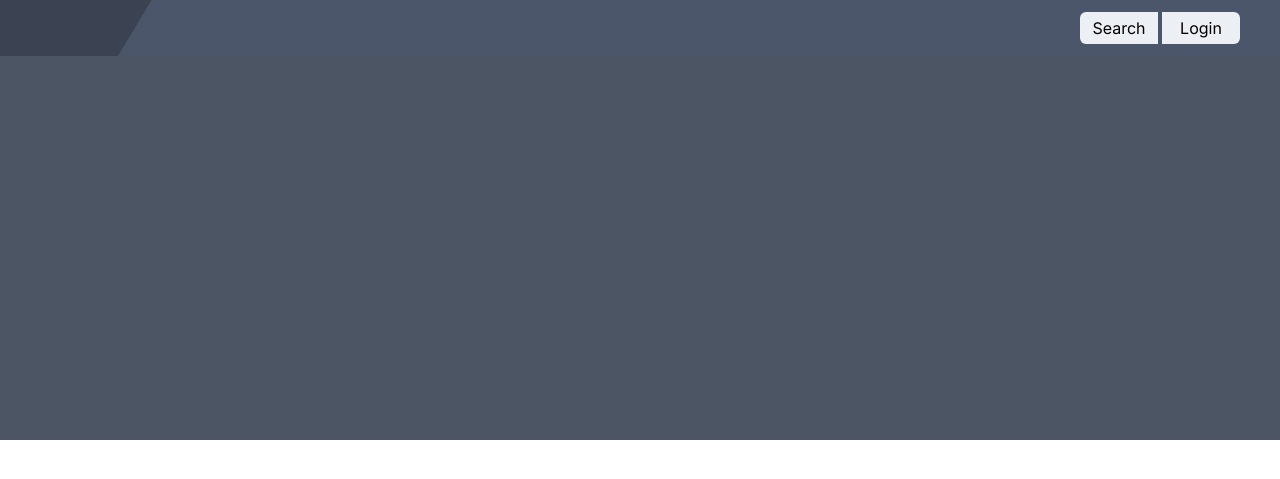
Repository: Qu4ntumGuy/project-bug
Page: /
The author's editor kept a copy of each file at every save. The page is drawn from the files as they stood at one save, then again after the next save.
The browser window is 1280 px wide. The pictures show the whole page.
The project was rebuilt for these pictures with package versions that can differ from the ones it lists, and the page was loaded fresh each time. The framework's server and built-in components were replaced by stand-ins that run in the browser. Also part of the build but not shown: next.config.mjs.

Above is the page before, as saved 2024-02-11 22:52:18.

After the next save:
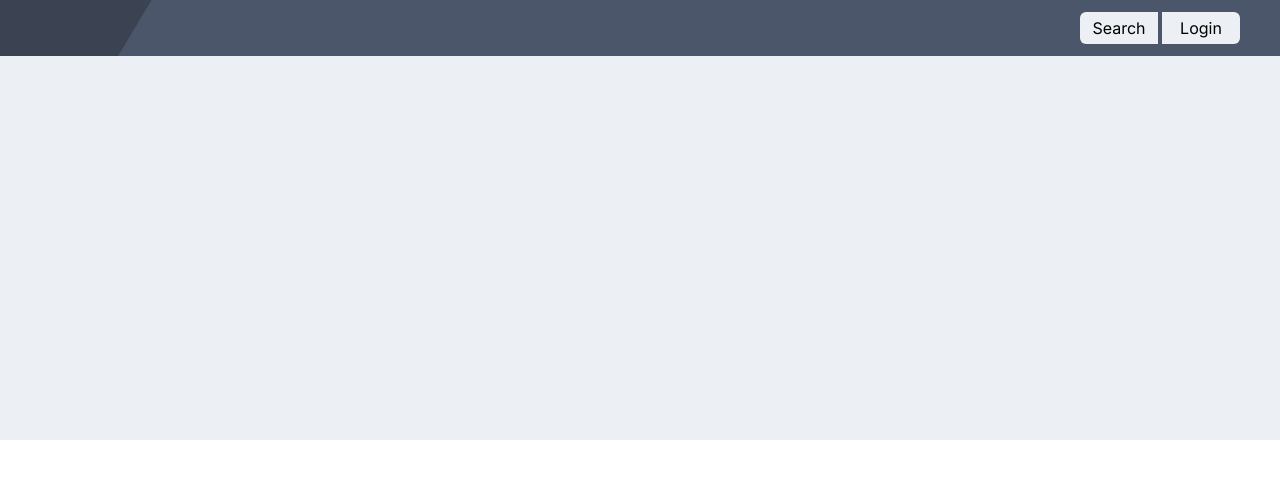
Saved 10 s later.
--- a/src/app/page.js
+++ b/src/app/page.js
@@ -8,7 +8,7 @@ export default function Home() {
   return (
     <div className=" h-screen">
       <Navbar />
-      <div className="flex justify-between bg-gray-600 h-96">
+      <div className="flex justify-between bg-[#ECEFF4] h-96">
         {/* <div className=" overflow-hidden w-full h-full md:w-[25%]">
           <Image src={bug} alt="bug" />
         </div>
